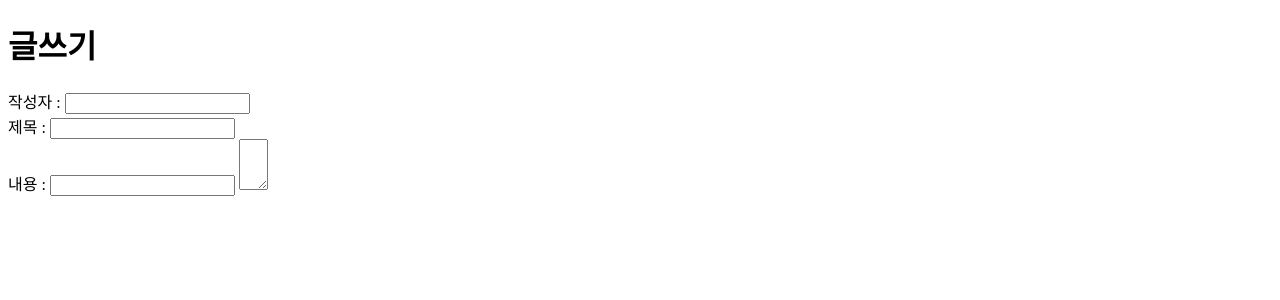
Repository: sanghshlsh/workspace_jsp
Page: http://localhost/Board/insert.jsp
The author's editor kept a copy of each file at every save. The page is drawn from the files as they stood at one save, then again after the next save.
The browser window is 1280 px wide. The pictures show the whole page.
The page is served by Tomcat 9. Other server files are loaded and not shown.

Above is the page before, as saved 2020-06-05 06:36:48.

### Board/WebContent/insert.jsp
<%@ page language="java" contentType="text/html; charset=UTF-8"
    pageEncoding="UTF-8"%>
<%@ taglib uri="http://java.sun.com/jsp/jstl/core" prefix="c"%>
<%@ taglib uri="http://java.sun.com/jsp/jstl/fmt" prefix="fmt" %>
<%@ taglib uri="http://java.sun.com/jsp/jstl/functions" prefix="fn" %>

<!DOCTYPE html>
<html>
<head>
<meta charset="UTF-8">
<title>Insert title here</title>
</head>
<body>
	<h1> 글쓰기	</h1>
	<form action="write.do">
	작성자 : <input name="writer"><br>
	제목 : <input name="title"><br>
	내용 : <input name="content">
	<textarea rows="3" cols="1"></textarea>

	</form>



</body>
</html>

After the next save:
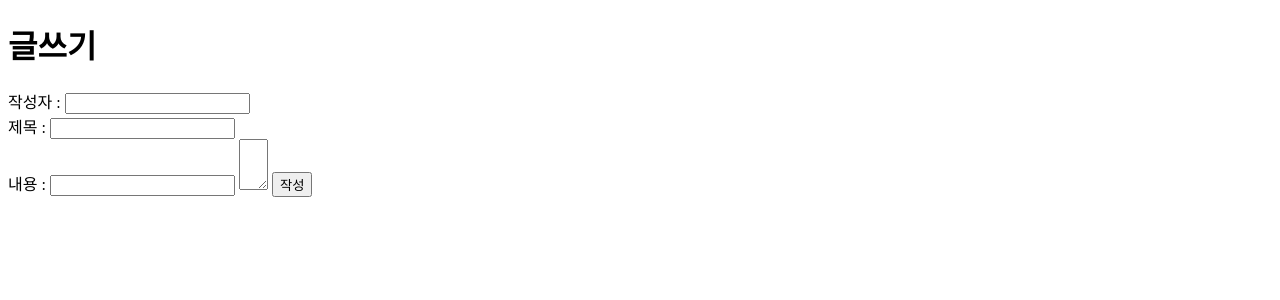
Saved 23 s later.
--- a/Board/WebContent/insert.jsp
+++ b/Board/WebContent/insert.jsp
@@ -17,7 +17,7 @@
 	제목 : <input name="title"><br>
 	내용 : <input name="content">
 	<textarea rows="3" cols="1"></textarea>
-
+	<input type="submit" value="작성">
 	</form>
 
 
